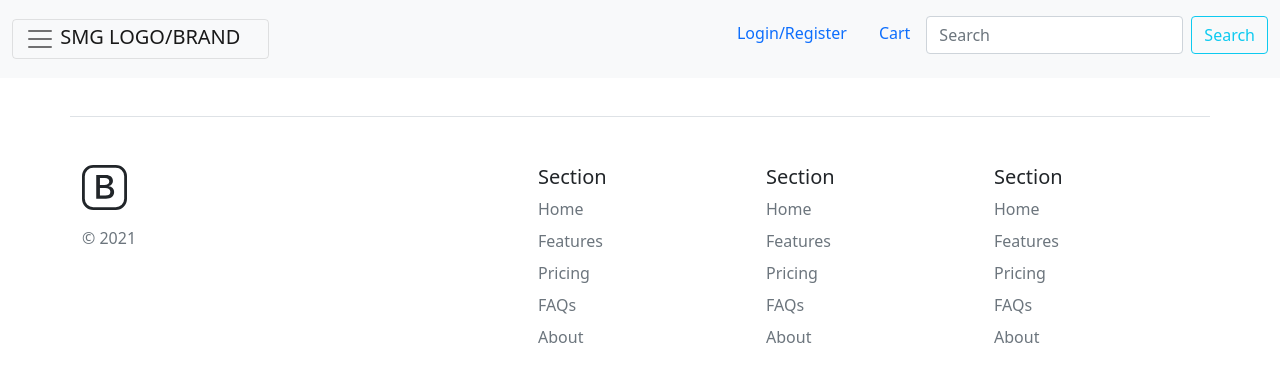
Repository: Tobias-1991/CST-339
Page: http://localhost/layouts/defaultLayout
An editor plug-in stored every save of this project. The page is shown before and after the next save, followed by the edit.
The browser window is 1280 px wide. The pictures show the whole page.
The page is this project's Thymeleaf template; nobody is signed in. The template is opened directly, without the code that normally fills it, so the values that code supplies are empty.

Above is the page before, as saved 2022-03-20 02:26:25.

### JavaProject/JavaProject/src/main/resources/templates/layouts/defaultLayout.html
!DOCTYPE html>
<html lang="en">
  <head>
    <meta charset="UTF-8">
    <meta name="viewport" content="width=device-width, initial-scale=1.0">
    <meta http-equiv="X-UA-Compatible" content="ie=edge">
    <title>SMG</title>

    <!-- Bootsrap link -->
    <link href="/css/bootstrap.min.css" rel="stylesheet">

  </head>

  <body>
  	<!-- HEADER -->
  	<div th:replace="layouts/header :: header"></div >

  	<!-- CONTENT -->
  	<section layout:fragment="content" style="margin-top:20px;">Needs content</section>

  	<!-- FOOTER -->
  	<div th:replace="layouts/footer :: footer"></div >
	<script src="/js/bootstrap.min.js"></script>
  </body>



</html>

### JavaProject/JavaProject/src/main/resources/templates/layouts/header.html
<!-- Navigation Bar-->
<nav th:fragment="header" class="navbar navbar-light bg-light fixed-top">
  <div class="container-fluid">
  <button class="navbar-toggler" type="button" data-bs-toggle="offcanvas" data-bs-target="#offcanvasNavbar" aria-controls="offcanvasNavbar">
      <span class="navbar-toggler-icon"></span> <a class="navbar-brand" href="#">SMG LOGO/BRAND</a>
    </button>
    <div class="offcanvas offcanvas-start" tabindex="-1" id="offcanvasNavbar" aria-labelledby="offcanvasNavbarLabel">
      <div class="offcanvas-header">
        <h5 class="offcanvas-title" id="offcanvasNavbarLabel">SMG Shop</h5>
        <button type="button" class="btn-close text-reset" data-bs-dismiss="offcanvas" aria-label="Close"></button>
      </div>
      <div class="offcanvas-body">
        <ul class="navbar-nav justify-content-end flex-grow-1 pe-3">
		<li>
            <a class="nav-link active" aria-current="page" href="#"><h2>Home</h2></a>
        </li>
        <li class="nav-item">
            <a class="nav-link active" aria-current="page" href="#"><h3>Nintendo</h3></a>
        </li>
        <ul class="list-group list-group-flush">
		  <li class="list-group-item"><a class="nav-link" href="#">NES</a></li>
		  <li class="list-group-item"><a class="nav-link" href="#">Nintendo 64</a></li>
		  <li class="list-group-item"><a class="nav-link" href="#">GameCube</a></li>
		  <li class="list-group-item"><a class="nav-link" href="#">Wii</a></li>
		  <li class="list-group-item"><a class="nav-link" href="#">Wii U</a></li>
		</ul>
		<li class="nav-item">
            <a class="nav-link active" aria-current="page" href="#"><h3>Sega</h3></a>
        </li>
        <ul class="list-group list-group-flush">
		  <li class="list-group-item"><a class="nav-link" href="#">SG-1000 1-3</a></li>
		  <li class="list-group-item"><a class="nav-link" href="#">Genesis / Mega Drive</a></li>
		  <li class="list-group-item"><a class="nav-link" href="#">32X</a></li>
		  <li class="list-group-item"><a class="nav-link" href="#">Saturn</a></li>
		  <li class="list-group-item"><a class="nav-link" href="#">Dreamcast</a></li>
		</ul>
		<li class="nav-item">
            <a class="nav-link active" aria-current="page" href="#"><h3>PlayStation</h3></a>
        </li>
        <ul class="list-group list-group-flush">
		  <li class="list-group-item"><a class="nav-link" href="#">Playstation</a></li>
		  <li class="list-group-item"><a class="nav-link" href="#">PS One</a></li>
		  <li class="list-group-item"><a class="nav-link" href="#">Playstation 2</a></li>
		  <li class="list-group-item"><a class="nav-link" href="#">Playstation 3</a></li>
		</ul>
		<li class="nav-item">
            <a class="nav-link active" aria-current="page" href="#"><h3>Xbox</h3></a>
        </li>
        <ul class="list-group list-group-flush">
		  <li class="list-group-item"><a class="nav-link" href="#">Xbox</a></li>
		  <li class="list-group-item"><a class="nav-link" href="#">Xbox 360 </a></li>
		</ul>
        </ul>
      </div>
    </div>
    <ul class="nav mt-2 justify-content-end">
     <li class="nav-item">
     	<a class="nav-link" aria-current="page" href="#"><h6>Login/Register</h6></a>
     </li>
     <li class="nav-item">
     	<a class="nav-link" aria-current="page" href="#"><h6>Cart</h6></a>
     </li>
     <li class="nav-item">
    	<form class="d-flex">
          <input class="form-control me-2" type="search" placeholder="Search" aria-label="Search">
          <button class="btn btn-outline-info" type="submit">Search</button>
        </form>
    </li>
    </ul>
  </div>
</nav>
<!-- Body and HTML tag continues on other pages -->

### JavaProject/JavaProject/src/main/resources/templates/layouts/footer.html
<div th:fragment="footer" class="container">
<footer  class="row row-cols-5 py-5 my-5 border-top">
    <div class="col">
      <a href="/" class="d-flex align-items-center mb-3 link-dark text-decoration-none">
        <svg xmlns="http://www.w3.org/2000/svg" width="45" height="45" fill="currentColor" class="bi bi-bootstrap" viewBox="0 0 16 16">
  <path d="M5.062 12h3.475c1.804 0 2.888-.908 2.888-2.396 0-1.102-.761-1.916-1.904-2.034v-.1c.832-.14 1.482-.93 1.482-1.816 0-1.3-.955-2.11-2.542-2.11H5.062V12zm1.313-4.875V4.658h1.78c.973 0 1.542.457 1.542 1.237 0 .802-.604 1.23-1.764 1.23H6.375zm0 3.762V8.162h1.822c1.236 0 1.887.463 1.887 1.348 0 .896-.627 1.377-1.811 1.377H6.375z"/>
  <path d="M0 4a4 4 0 0 1 4-4h8a4 4 0 0 1 4 4v8a4 4 0 0 1-4 4H4a4 4 0 0 1-4-4V4zm4-3a3 3 0 0 0-3 3v8a3 3 0 0 0 3 3h8a3 3 0 0 0 3-3V4a3 3 0 0 0-3-3H4z"/>
</svg>
      </a>
      <p class="text-muted">© 2021</p>
    </div>

    <div class="col">

    </div>

    <div class="col">
      <h5>Section</h5>
      <ul class="nav flex-column">
        <li class="nav-item mb-2"><a href="#" class="nav-link p-0 text-muted">Home</a></li>
        <li class="nav-item mb-2"><a href="#" class="nav-link p-0 text-muted">Features</a></li>
        <li class="nav-item mb-2"><a href="#" class="nav-link p-0 text-muted">Pricing</a></li>
        <li class="nav-item mb-2"><a href="#" class="nav-link p-0 text-muted">FAQs</a></li>
        <li class="nav-item mb-2"><a href="#" class="nav-link p-0 text-muted">About</a></li>
      </ul>
    </div>

    <div class="col">
      <h5>Section</h5>
      <ul class="nav flex-column">
        <li class="nav-item mb-2"><a href="#" class="nav-link p-0 text-muted">Home</a></li>
        <li class="nav-item mb-2"><a href="#" class="nav-link p-0 text-muted">Features</a></li>
        <li class="nav-item mb-2"><a href="#" class="nav-link p-0 text-muted">Pricing</a></li>
        <li class="nav-item mb-2"><a href="#" class="nav-link p-0 text-muted">FAQs</a></li>
        <li class="nav-item mb-2"><a href="#" class="nav-link p-0 text-muted">About</a></li>
      </ul>
    </div>

    <div class="col">
      <h5>Section</h5>
      <ul class="nav flex-column">
        <li class="nav-item mb-2"><a href="#" class="nav-link p-0 text-muted">Home</a></li>
        <li class="nav-item mb-2"><a href="#" class="nav-link p-0 text-muted">Features</a></li>
        <li class="nav-item mb-2"><a href="#" class="nav-link p-0 text-muted">Pricing</a></li>
        <li class="nav-item mb-2"><a href="#" class="nav-link p-0 text-muted">FAQs</a></li>
        <li class="nav-item mb-2"><a href="#" class="nav-link p-0 text-muted">About</a></li>
      </ul>
    </div>
  </footer>
</div>

Loaded but not shown: JavaProject/JavaProject/src/main/resources/static/css/bootstrap.min.css (library); JavaProject/JavaProject/src/main/resources/static/js/bootstrap.min.js (library)

After the next save:
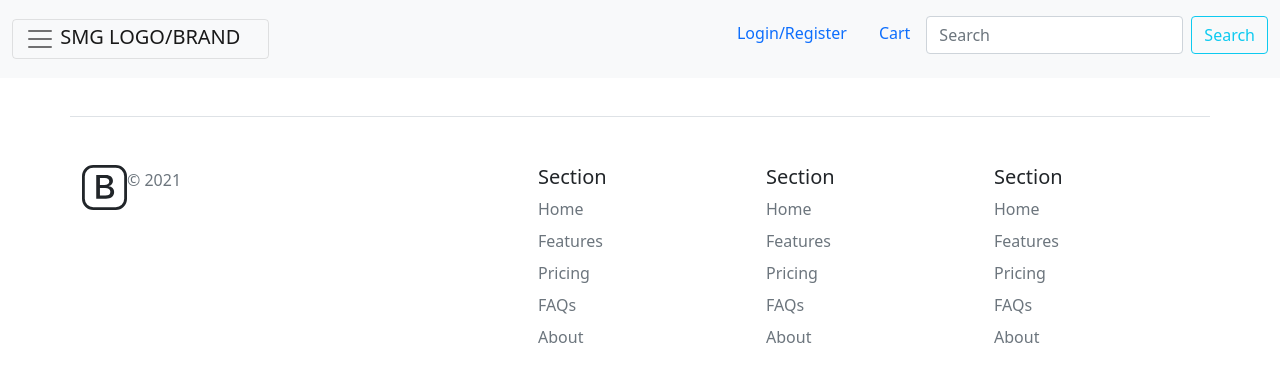
Saved 46 s later.
--- a/JavaProject/JavaProject/src/main/resources/templates/layouts/footer.html
+++ b/JavaProject/JavaProject/src/main/resources/templates/layouts/footer.html
@@ -6,8 +6,7 @@
   <path d="M5.062 12h3.475c1.804 0 2.888-.908 2.888-2.396 0-1.102-.761-1.916-1.904-2.034v-.1c.832-.14 1.482-.93 1.482-1.816 0-1.3-.955-2.11-2.542-2.11H5.062V12zm1.313-4.875V4.658h1.78c.973 0 1.542.457 1.542 1.237 0 .802-.604 1.23-1.764 1.23H6.375zm0 3.762V8.162h1.822c1.236 0 1.887.463 1.887 1.348 0 .896-.627 1.377-1.811 1.377H6.375z"/>
   <path d="M0 4a4 4 0 0 1 4-4h8a4 4 0 0 1 4 4v8a4 4 0 0 1-4 4H4a4 4 0 0 1-4-4V4zm4-3a3 3 0 0 0-3 3v8a3 3 0 0 0 3 3h8a3 3 0 0 0 3-3V4a3 3 0 0 0-3-3H4z"/>
 </svg>
-      </a>
-      <p class="text-muted">© 2021</p>
+      <p class="text-muted">© 2021</p> </a>
     </div>
 
     <div class="col">
